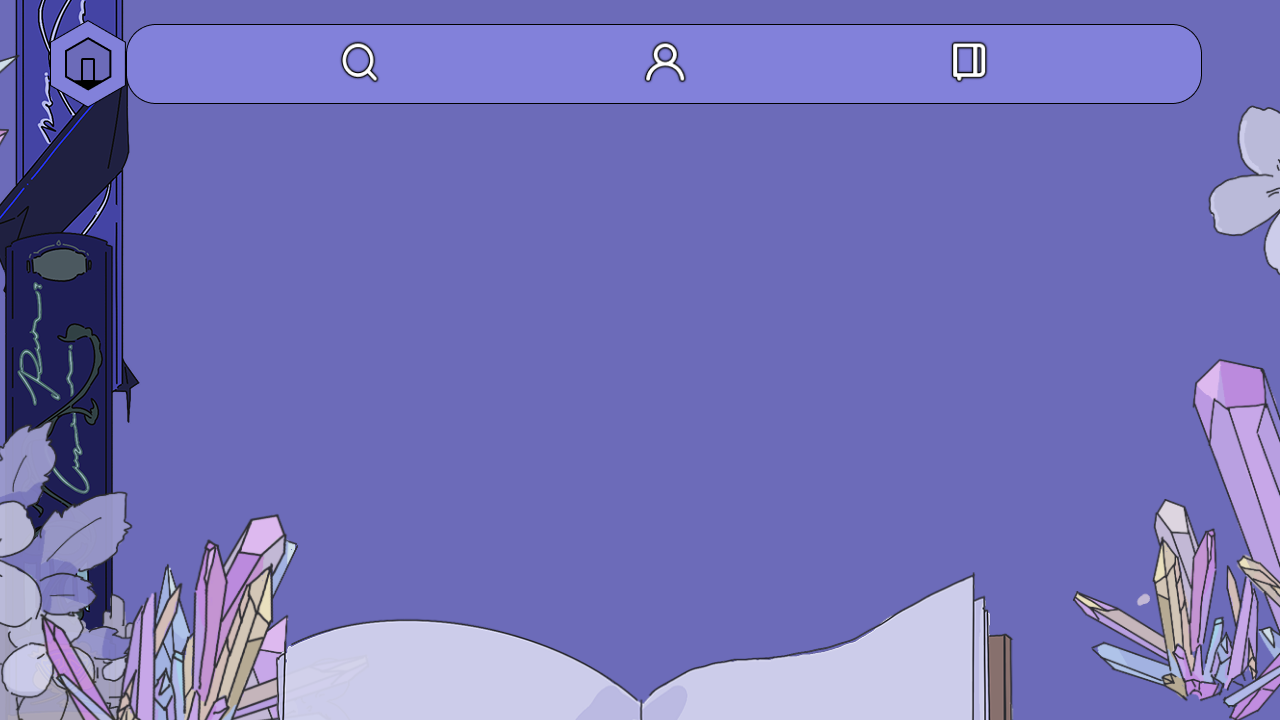
Repository: carolmmc/BabelLibrary
Page: mine.html
An editor plug-in stored every save of this project. The page is shown before and after the next save, followed by the edit.
The browser window is 1280 px wide. The pictures show the window.
A layer covers the whole window, so only the first screen is drawn.

Above is the page before, as saved 2025-05-07 23:35:02.

### mine.html
<!DOCTYPE html>
<html lang="zh-CN">
<head>
    <meta charset="UTF-8">
    <meta name="viewport" content="width=device-width, initial-scale=1.0">
    <style>
        * {
            margin: 0;
            padding: 0;
            box-sizing: border-box;
        }

        body {
            background: #6C6BB9;
            min-height: 100vh;
            font-family: 'PingFang SC', 'Microsoft YaHei', sans-serif;
        }

        .header {
            display: flex;
            justify-content: space-between;
            align-items: center;
            padding: 20px 50px;
            position: fixed;
            top: 0;
            left: 0;
            right: 0;
            z-index: 100;
        }

        .logo {
            width: 75.892px;
            height: 87.633px;
            flex-shrink: 0;
            object-fit: contain; /* 保持图片比例 */
        }

        /* 导航栏容器 */
        .nav-container {
            position: relative;
            width: 1076px;
            height: 80px;
        }

        /* 导航图标容器 */
        .nav-icons {
            position: absolute;
            top: 50%;
            left: 50%;
            transform: translate(-50%, -50%);
            display: flex;
            justify-content: space-between; /* 改用 space-between 实现均匀分布 */
            width: 60%; /* 控制图标分布的整体宽度范围 */
            z-index: 2;
        }

        /* 导航图标通用样式 */
        .nav-icon {
            flex-shrink: 0;
            cursor: pointer;
            filter: drop-shadow(0px 0px 1px #000);
            transition: transform 0.3s ease; /* 将过渡效果移到这里 */
        }

        /* 搜索图标 */
        .find-icon {
            width: 37px;
            height: 39px;
        }

        /* 我的图标 */
        .mine-icon {
            width: 40px;
            height: 39px;
        }

        /* 书架图标 */
        .shelf-icon {
            width: 34px;
            height: 39px;
        }

        /* 图标悬停效果 */
        .nav-icon:hover {
            transform: scale(1.1);
        }

        .content-center {
            position: absolute;
            top: 50%;
            left: 50%;
            transform: translate(-50%, -50%);
            text-align: center;
            width: 100%;
        }

        .scroll-container {
            display: flex;
            justify-content: center;
            align-items: center;
            gap: 30px; /* 增加间距 */
            overflow-x: auto;
            padding: 20px;
            margin-top: 100px; /* 避免被顶部导航栏遮挡 */
        }

        .scroll-item {
            flex: 0 0 auto;
            width: 120px; /* 统一容器宽度 */
            height: 400px; /* 统一容器高度 */
            display: flex;
            justify-content: center;
            align-items: center;
        }

        .scroll-image {
            width: 100%;
            height: 100%;
            object-fit: contain; /* 保持图片比例 */
            transition: transform 0.3s ease; /* 添加过渡效果 */
        }

        /* 添加悬停效果 */
        .scroll-image:hover {
            transform: scale(1.05);
        }

        /* 底部装饰图样式 */
        .bottom-decoration {
            position: fixed;
            bottom: 0;
            left: 50%;
            transform: translateX(-50%);  /* 居中定位 */
            width: 1526px;  /* 使用原始宽度 */
            height: 859px;  /* 使用原始高度 */
            background: url('homepage frame1.png') bottom center no-repeat;
            background-size: contain;  /* 确保图片完整显示 */
            z-index: 1;
            animation: breath-animation 4s ease-in-out infinite;
        }

        /* 添加第二个装饰图样式 */
        .decoration-frame2 {
            position: fixed;
            bottom: 0;
            left: 50%;
            transform: translateX(-50%);
            width: 775px;
            height: 155px;
            flex-shrink: 0;
            aspect-ratio: 5/1;
            background: url('homepageframe2.png') center no-repeat;
            background-size: contain;
            z-index: 2; /* 确保显示在第一个装饰图之上 */
            animation: breath-animation 4s ease-in-out infinite;
        }

        /* 修改呼吸动画 */
        @keyframes breath-animation {
            0%, 100% {
                opacity: 0.9;
                transform: translateX(-50%) scale(1);  /* 保持居中的同时缩放 */
            }
            50% {
                opacity: 1;
                transform: translateX(-50%) scale(1.02);
            }
        }
    </style>
</head>
<body>
    <header class="header">
        <img src="logo.png" alt="巴别插画 Logo" class="logo">
        <div class="nav-container">
            <img src="navigate background.png" alt="导航栏" class="nav-background">
            <div class="nav-icons">
                <a href="find.html" class="icon-link">
                    <img src="find.png" alt="搜索" class="nav-icon find-icon">
                </a>
                <a href="mine.html" class="icon-link">
                    <img src="mine.png" alt="我的" class="nav-icon mine-icon">
                </a>
                <a href="shelf.html" class="icon-link">
                    <img src="shelf.png" alt="书架" class="nav-icon shelf-icon">
                </a>
            </div>
        </div>
        <div style="width: 150px;"></div>
    </header>

    <div class="content-center">
        <div class="book-container">
            <div class="book-item">
                <img src="mine book1.png" alt="book1" class="book-image">
            </div>
            <div class="scroll-item">
                <img src="mine book2.png" alt="book2" class="book-image">
            </div>
            <div class="scroll-item">
                <img src="mine book3.png" alt="book3" class="book-image">
            </div>
            <div class="scroll-item">
                <img src="mine book4.png" alt="book4" class="book-image">
            </div>
            <div class="scroll-item">
                <img src="mine book5.png" alt="book5" class="book-image">
            </div>
            <div class="scroll-item">
                <img src="mine book6.png" alt="book6" class="book-image">
            </div>
            <div class="scroll-item">
                <img src="mine book7.png" alt="book7" class="book-image">
            </div>
        </div>
    </div>
    <div class="bottom-decoration"></div>
    <div class="decoration-frame2"></div>
</body>
</html>

After the next save:
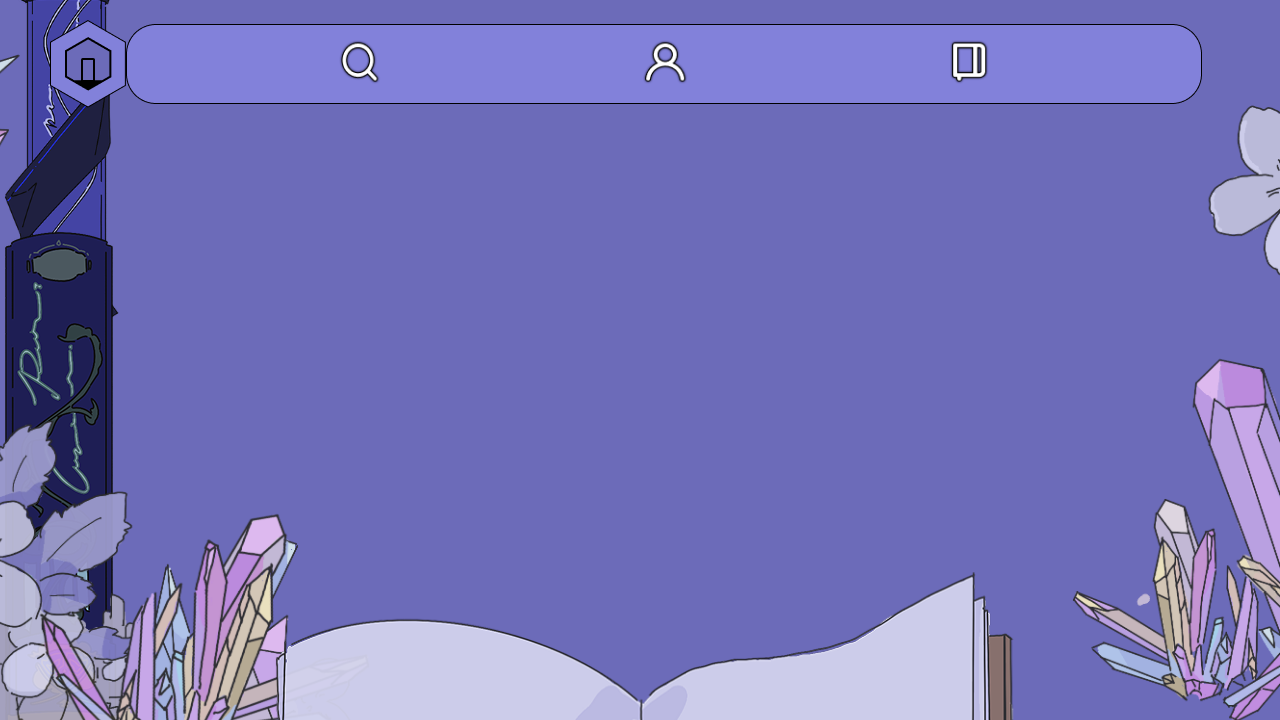
Saved 91 s later.
--- a/mine.html
+++ b/mine.html
@@ -165,6 +165,13 @@
                 opacity: 1;
                 transform: translateX(-50%) scale(1.02);
             }
+        }
+
+        .scroll-item img[alt="book3"] {
+            width: 100%;
+            height: auto;  /* 保持图片比例 */
+            object-fit: contain;
+            margin: 0 auto;  /* 水平居中 */
         }
     </style>
 </head>

After the save that followed:
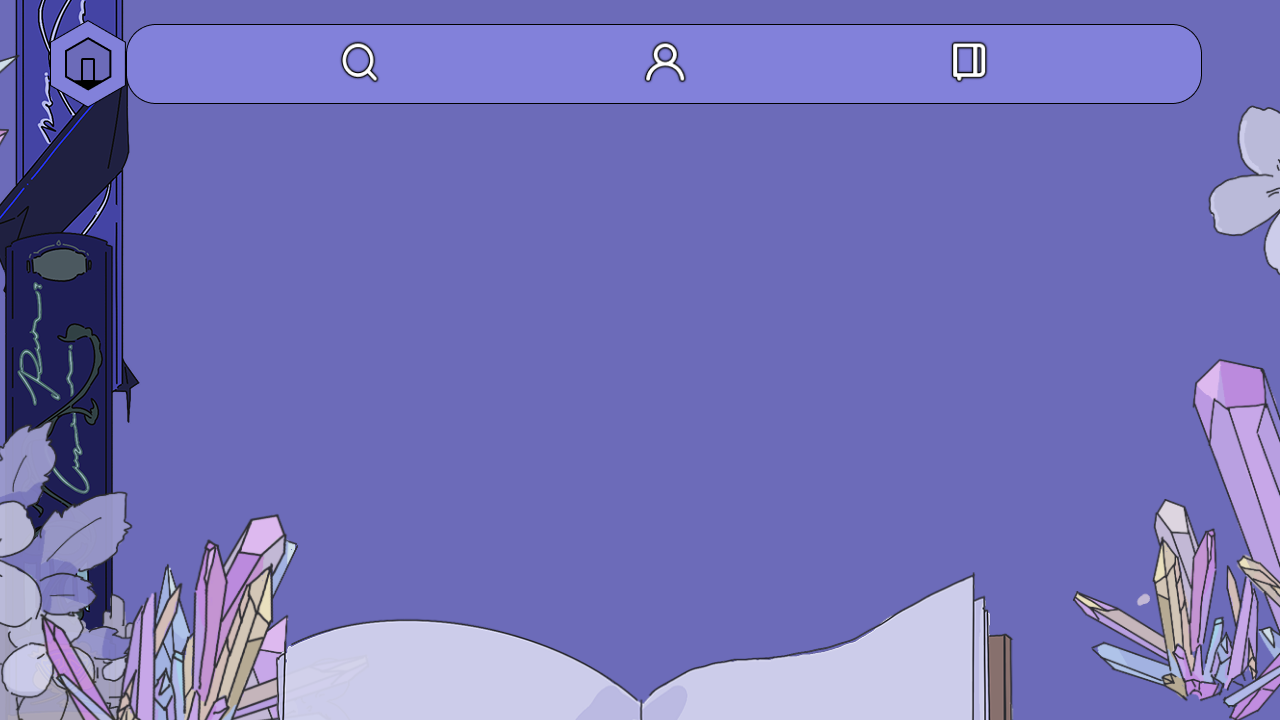
Saved 70 s later.
--- a/mine.html
+++ b/mine.html
@@ -168,7 +168,7 @@
         }
 
         .scroll-item img[alt="book3"] {
-            width: 100%;
+            width: 1000%;
             height: auto;  /* 保持图片比例 */
             object-fit: contain;
             margin: 0 auto;  /* 水平居中 */
